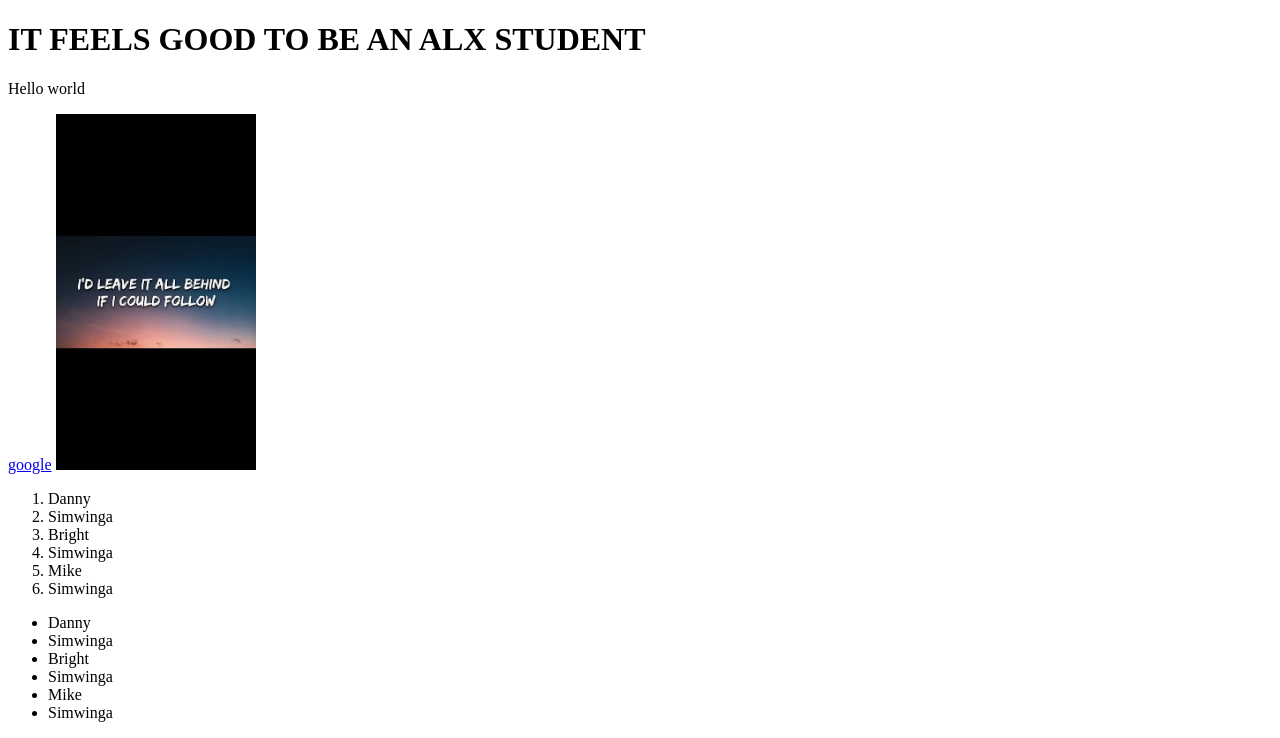
Repository: dannysimw/alx_tools_intro
Page: html/index.html
These files come from the project's save history. The page is drawn as it stood at one moment and after the next save; the edit follows.
The browser window is 1280 px wide. The pictures show the whole page.

Above is the page before, as saved 2023-07-01 21:49:32.

### html/index.html
<!DOCTYPE html>
<html lang="en">
<head>
    <meta charset="UTF-8">
    <meta name="viewport" content="width=device-width, initial-scale=1.0">
    <title>INTRO TO HTML</title>
</head>
<body>
    <h1>IT FEELS GOOD TO BE AN ALX STUDENT</h1>
    <p>Hello world</p>
    <a href="https://google.com">google</a>
    <img src="/html/image.jpg" alt="image" width="200px">
    <ol>
        <li>Danny</li>
        <li>Simwinga</li>
        <li>Bright</li>
        <li>Simwinga</li>
        <li>Mike</li>
        <li>Simwinga</li>
    </ol>
    <ul>
        <li>Danny</li>
        <li>Simwinga</li>
        <li>Bright</li>
        <li>Simwinga</li>
        <li>Mike</li>
        <li>Simwinga</li>
    </ul>
</body>
</html>

After the next save:
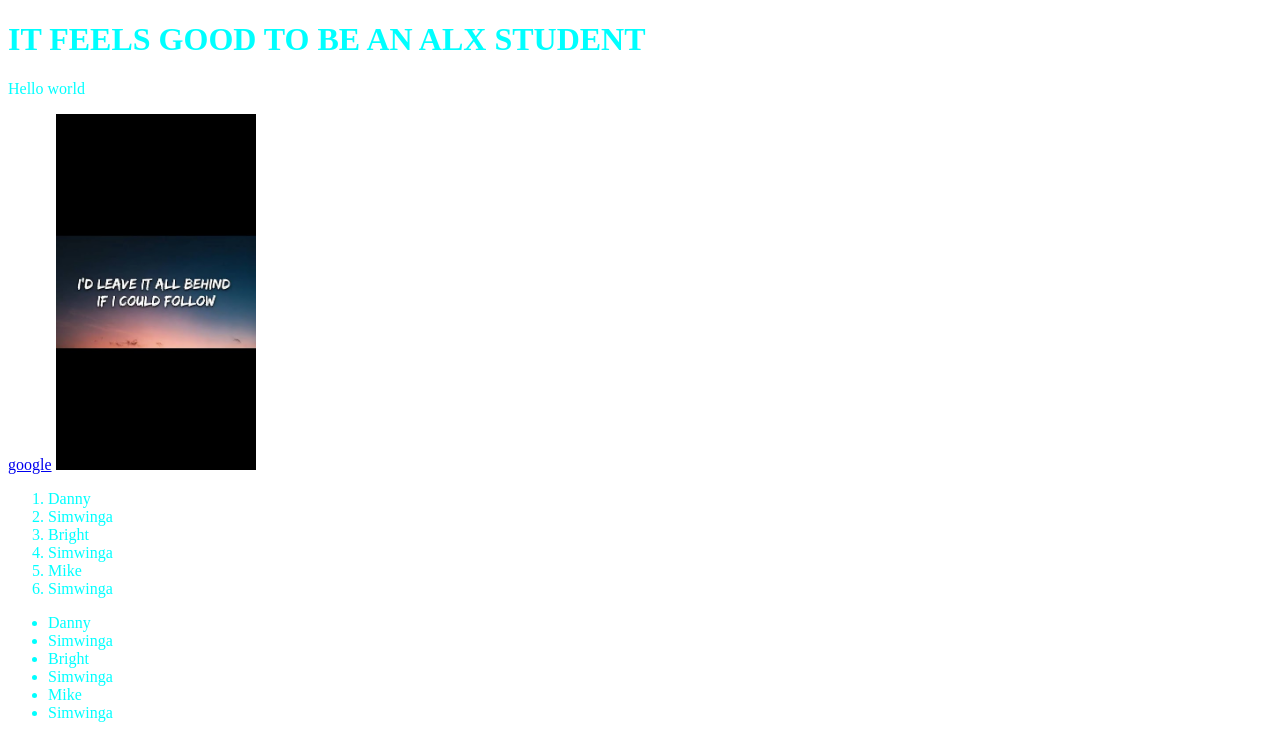
Saved 5 min 59 s later.
--- a/html/index.html
+++ b/html/index.html
@@ -5,7 +5,7 @@
     <meta name="viewport" content="width=device-width, initial-scale=1.0">
     <title>INTRO TO HTML</title>
 </head>
-<body>
+<body style="color: aqua;">
     <h1>IT FEELS GOOD TO BE AN ALX STUDENT</h1>
     <p>Hello world</p>
     <a href="https://google.com">google</a>
